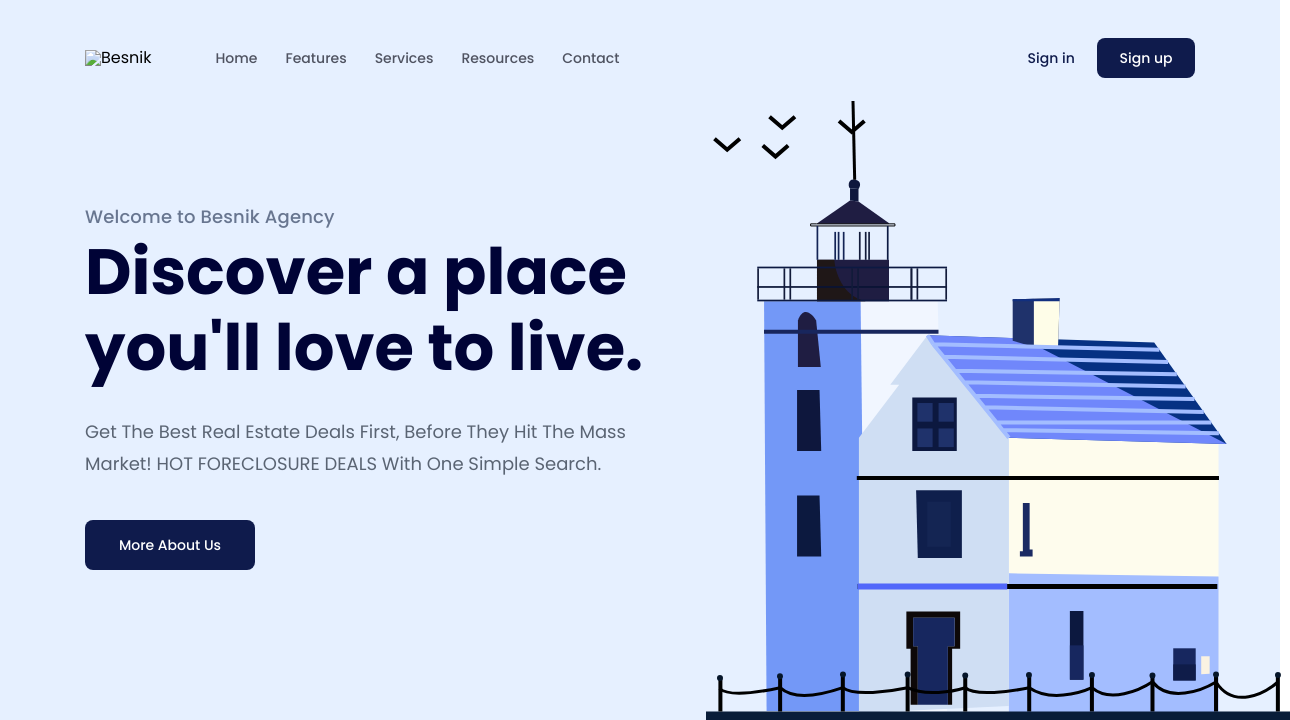
Repository: Phu2992/htmlcss-f8-01
Page: index.html
The author's editor kept a copy of each file at every save. The page is drawn from the files as they stood at one save, then again after the next save.
The browser window is 1280 px wide. The page is 1290 px wide, so the pictures cover 1290 px, including what lies to the right of the window. The pictures show the whole page.

Above is the page before, as saved 2024-09-26 20:51:40.

After the next save:
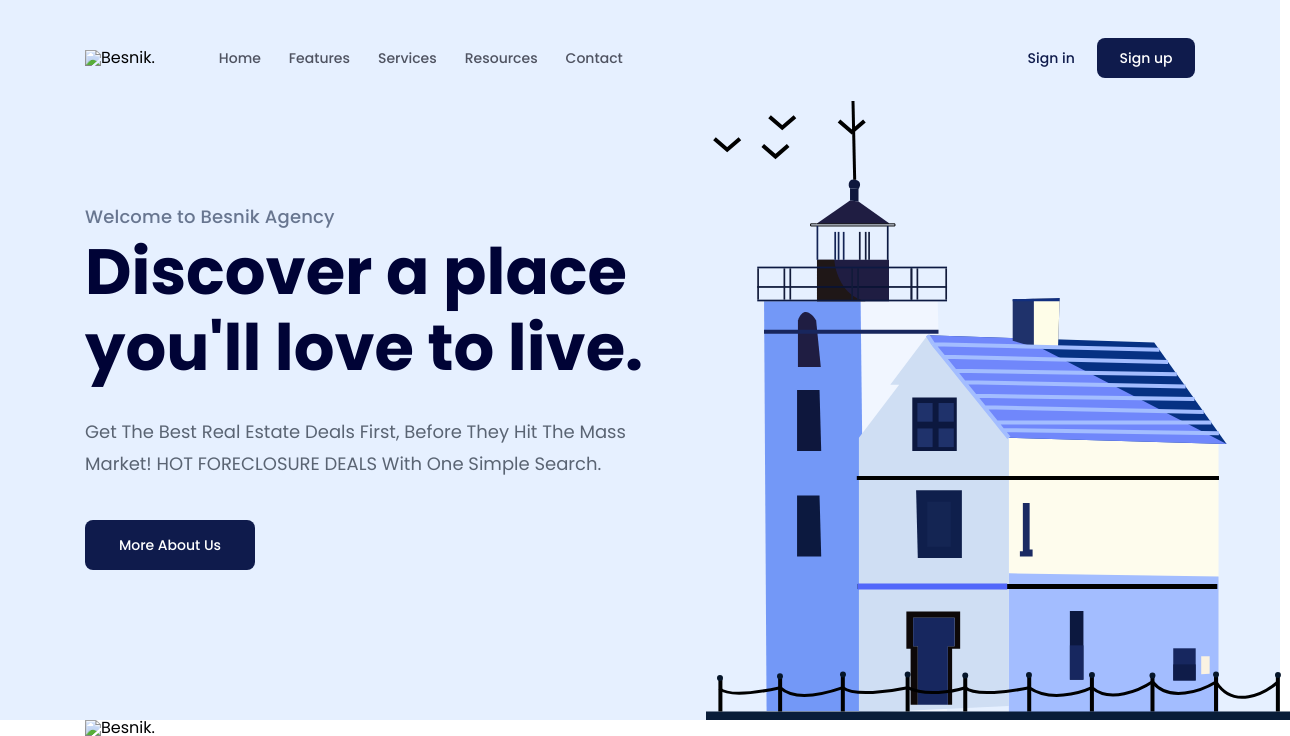
Saved 5 min 56 s later.
--- a/index.html
+++ b/index.html
@@ -21,7 +21,7 @@
                 <div class="content">
                     <!-- navigation-bar -->
                     <nav class="navbar">
-                        <img src="./assets/img/logo.svg" alt="Besnik" />
+                        <img src="./assets/img/logo.svg" alt="Besnik." />
                         <ul>
                             <li><a href="#!">Home</a></li>
                             <li><a href="#!">Features</a></li>
@@ -60,7 +60,15 @@
             </header>
             <!-- ==========Logo=========== -->
             <div class="Logo">
-                <div class="content"></div>
+                <div class="content">
+                    <div class="logo-row">
+                        <img
+                            src="./assets/img/logo.svg"
+                            alt="Besnik."
+                            class="logo"
+                        />
+                    </div>
+                </div>
             </div>
         </main>
     </body>
